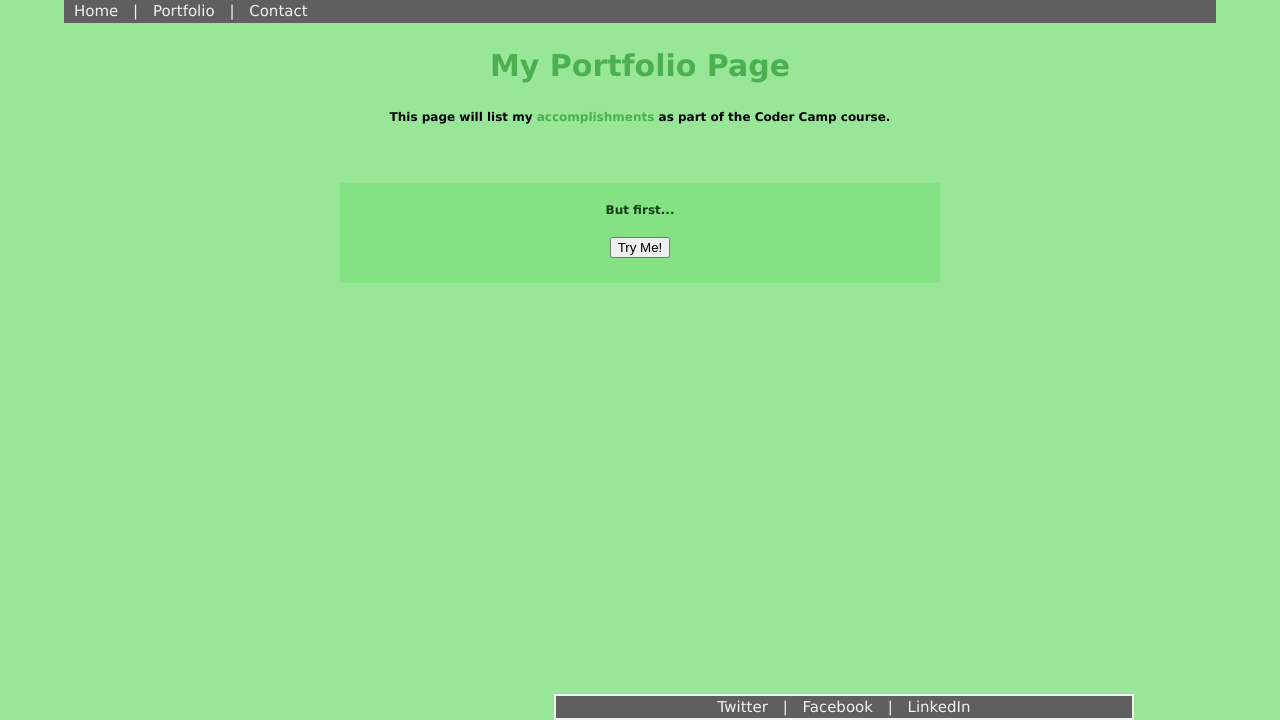
Repository: ischicagoisnotchicago/is-chicago
Page: http://localhost/CC_Personal_Website/portfolio.html
The author's editor kept a copy of each file at every save. The page is drawn from the files as they stood at one save, then again after the next save.
The browser window is 1280 px wide. The pictures show the whole page.
The page is served by Tomcat 9.

Above is the page before, as saved 2017-05-25 18:03:49.

After the next save:
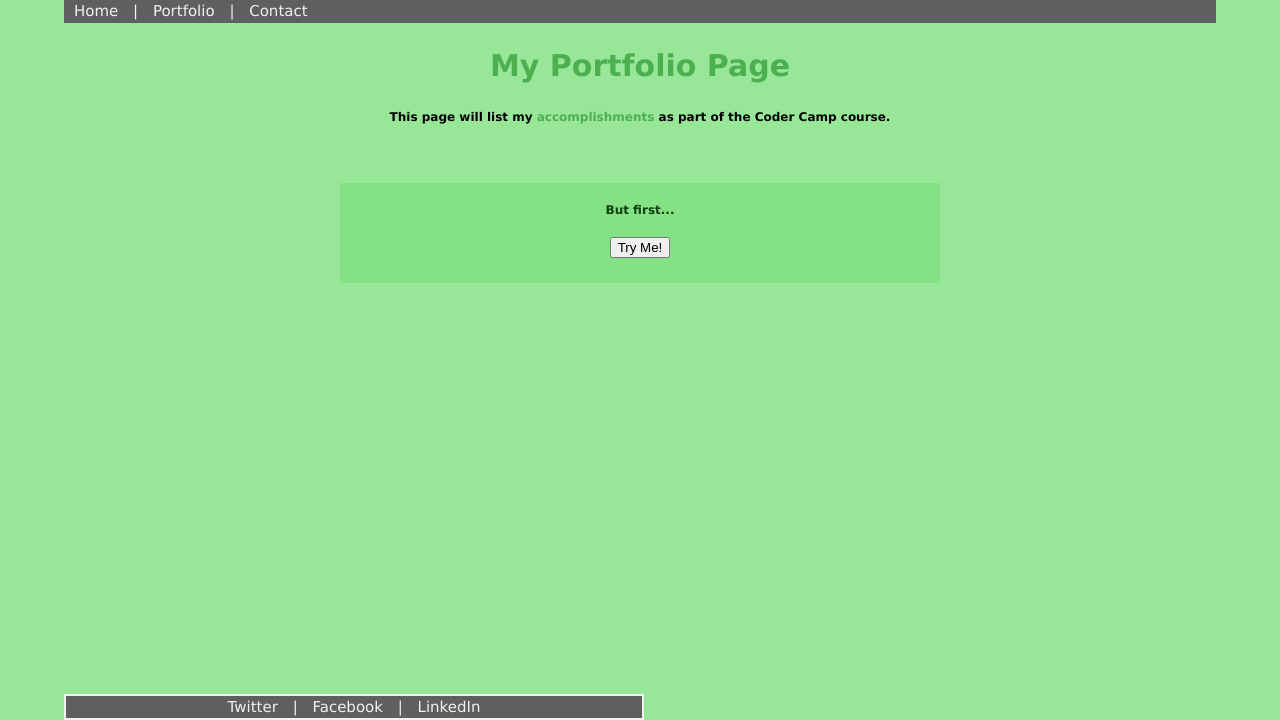
Saved 4 h 47 min later.
--- a/CC Personal Website/WebContent/style.css
+++ b/CC Personal Website/WebContent/style.css
@@ -226,7 +226,6 @@ footer {
   position: fixed;
   bottom: 0;
   width: 45%;
-  margin: 0 490px;
   color: #f1f1f1;
   background-color: #5f5f5f;
   border: 2px solid #f1f1f1;
